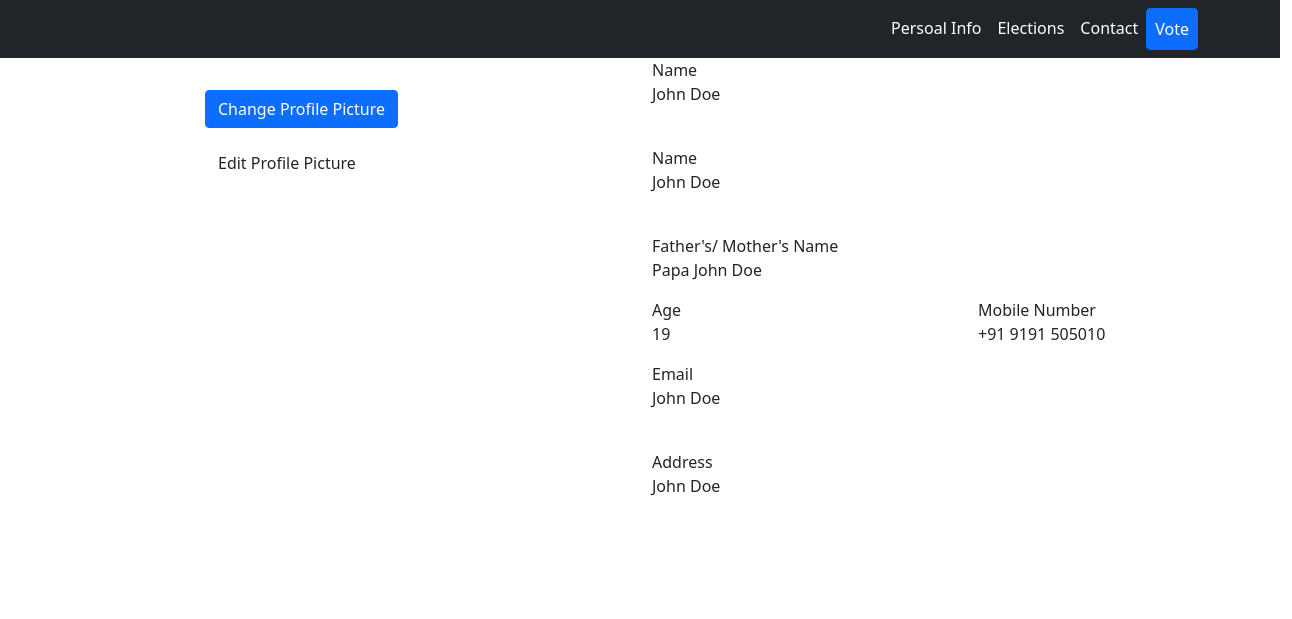
Repository: DavidManiIbrahim/Voting-app
Page: profile.html
These files come from the project's save history. The page is drawn as it stood at one moment and after the next save; the edit follows.
The browser window is 1280 px wide. The page is 1292 px wide, so the pictures cover 1292 px, including what lies to the right of the window. The pictures show the whole page.

Above is the page before, as saved 2025-01-20 05:05:45.

### profile.html
<!DOCTYPE html>
<html lang="en">
<head>
    <meta charset="UTF-8">
    <meta name="viewport" content="width=device-width, initial-scale=1.0">
    <title>Document</title>
    <link rel="stylesheet" href="./bootstrap.css">
</head>
<body>

<!-- NavBar -->

<nav class="navbar navbar-expand-lg bg-dark text-white">
    <div class="container">
      <!-- <a href="#" class="navbar-brand text-white">Voting App</a> -->

      <button
        class="navbar-toggler bg-primary ms-auto"
        data-bs-target="#navmenu"
        data-bs-toggle="collapse"
      >
        <span class="navbar-toggler-icon "></span>
      </button>
      <div class="collapse navbar-collapse" id="navmenu">
        <ul class="navbar-nav ms-auto text-center">
          <li class="nav-link active text-white">Persoal Info</li>
          <li class="nav-link text-white">Elections</li>
          <li class="nav-link text-white">Contact</li>
          <a href="./vote.html" class="nav-link btn btn-primary text-white"
            >Vote</a
          >
        </ul>
      </div>
    </div>
  </nav>

  <!-- user info -->
<div class="row">
    <div class="col-md">
        <div class="container">
            <!-- <img src="./unsplash_LA1VawaCjjI.svg" alt="" class="img-fluid rounded-circle"> -->
        </div>
        <div class="buttons m-auto border-1 w-50 ps-5 mt-3 p-3 justify-content-center">
            <button class="btn btn-primary ">Change Profile Picture</button><br>
            <button class="btn mt-3">Edit Profile Picture</button>

        </div>
    </div>

    <!-- Content -->

    <div class="col-md">
        <div class="content list-unstyled">
<ul class="list-unstyled">
    <li>Name</li>
    <span>John Doe</span>
</ul>
<br>
<ul class="list-unstyled">
    <li>Name</li>
    <span>John Doe</span>
</ul>
<br>
<ul class="list-unstyled">
    <li>Father's/ Mother's Name</li>
    <span>Papa John Doe</span>
</ul>
<div class="row">
    <ul class="col-md list-unstyled">
        <li>Age</li>
        <span>19</span>
    </ul>
    <br>
    <ul class="col-md list-unstyled">
        <li>Mobile Number</li>
        <span>+91 9191 505010</span>
    </ul>
    <br>
</div>
<ul class="list-unstyled">
    <li>Email</li>
    <span>John Doe</span>
</ul>
<br>
<ul class="list-unstyled">
    <li>Address</li>
    <span>John Doe</span>
</ul>
<br>

        </div>
    </div>
</div>












<script src="./bootstrap.min.js"></script>
</body>
</html>

Loaded but not shown: bootstrap.css (library); bootstrap.min.js (library)

After the next save:
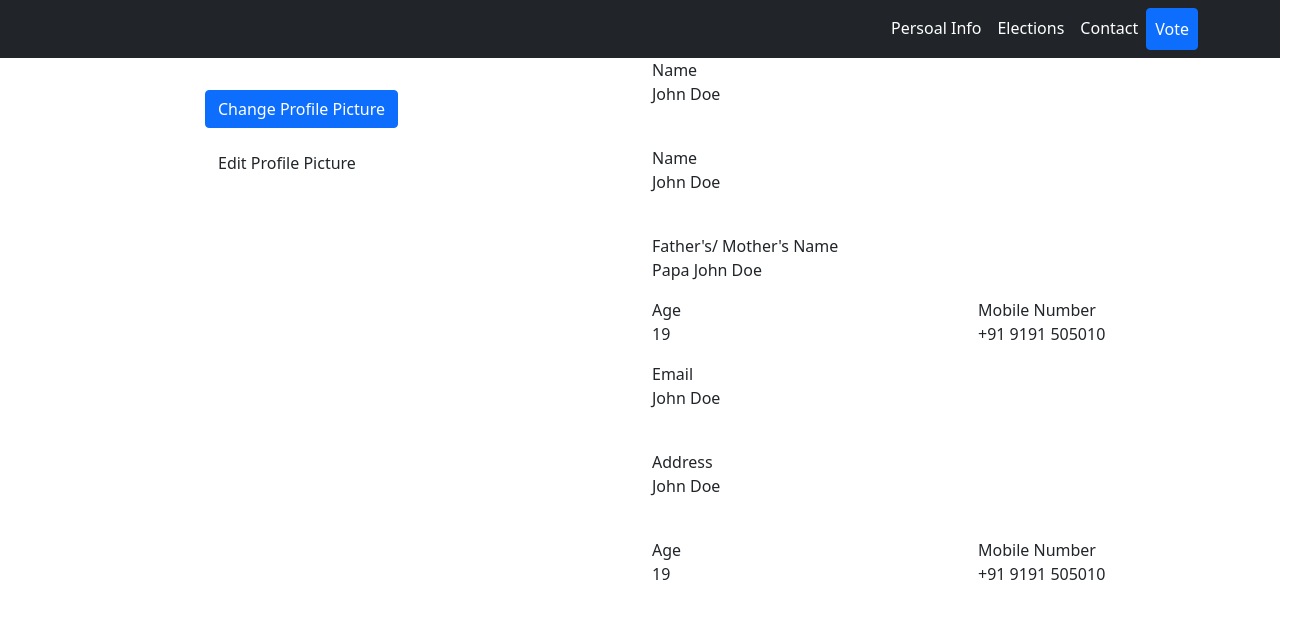
Saved 21 s later.
--- a/profile.html
+++ b/profile.html
@@ -87,7 +87,18 @@
     <span>John Doe</span>
 </ul>
 <br>
-
+<div class="row">
+    <ul class="col-md list-unstyled">
+        <li>Age</li>
+        <span>19</span>
+    </ul>
+    <br>
+    <ul class="col-md list-unstyled">
+        <li>Mobile Number</li>
+        <span>+91 9191 505010</span>
+    </ul>
+    <br>
+</div>
         </div>
     </div>
 </div>
